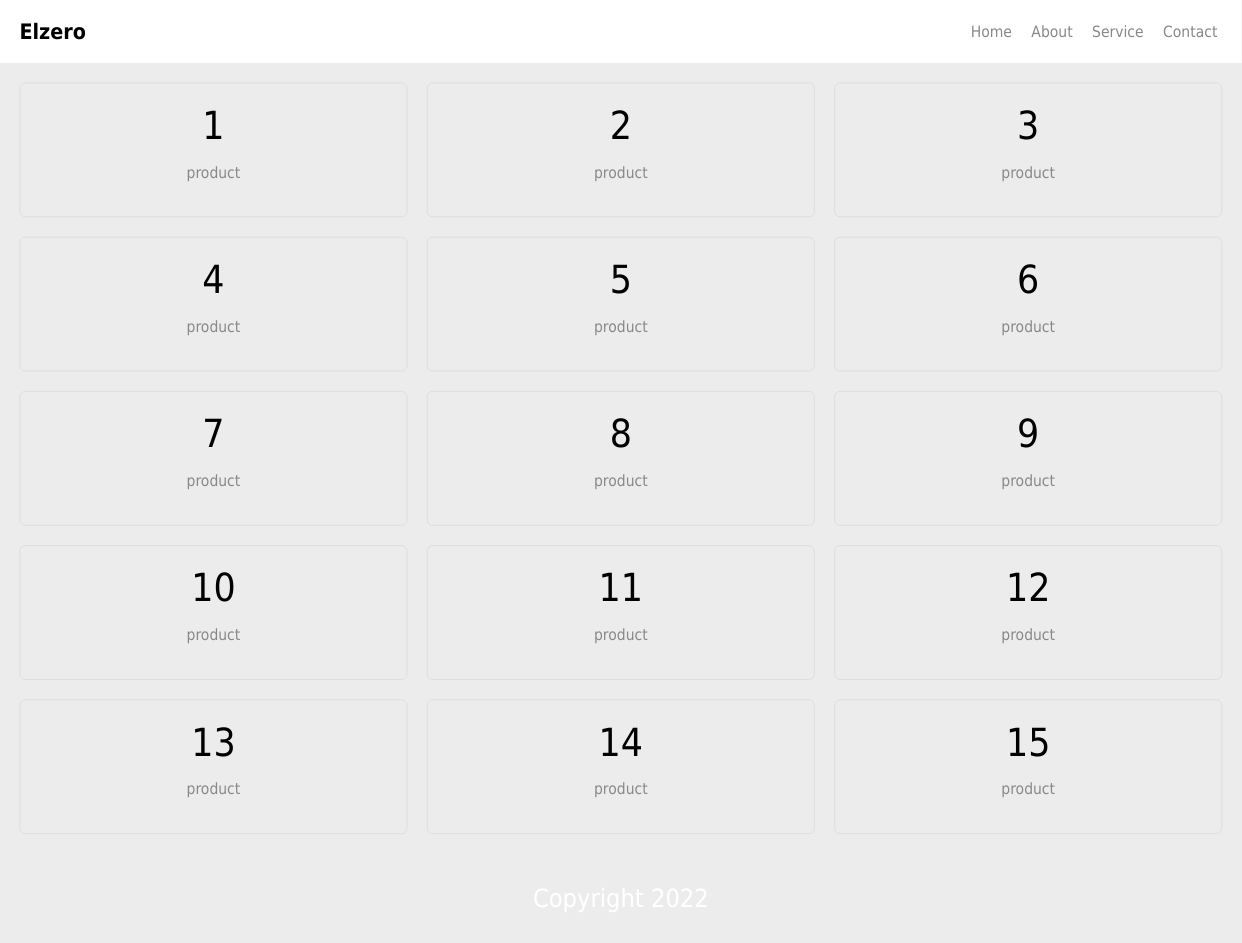
Repository: OmniaRafat232111121/challangeDom
Page: index.html
An editor plug-in stored every save of this project. The page is shown before and after the next save, followed by the edit.
The browser window is 1280 px wide. The pictures show the whole page, at 97% of full size.

Above is the page before, as saved 2022-10-26 11:36:44.

After the next save:
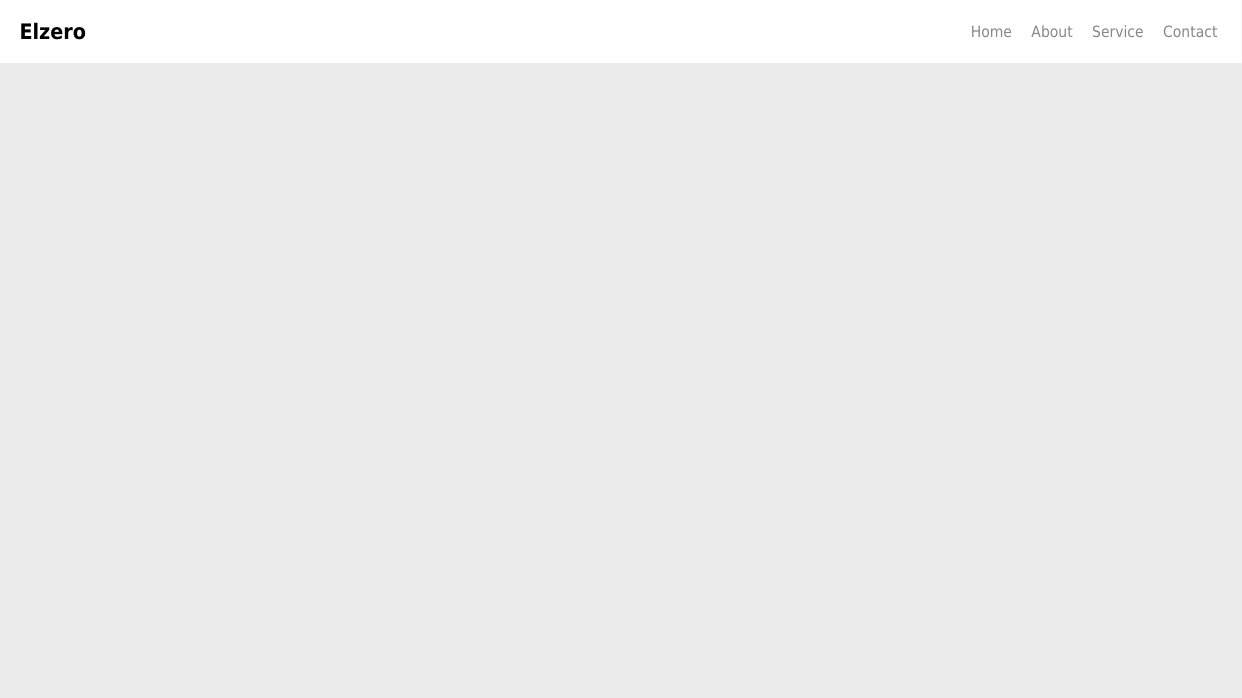
Console error: ReferenceError: contentDiv is not defined
Saved 51 s later.
--- a/main.js
+++ b/main.js
@@ -43,25 +43,6 @@ header.appendChild(ul)
 
 // Content Div Lien 46 To 64
 
-let contentDiv = document.createElement("div")
-contentDiv.style.cssText = "background-color: # ececec; display: flex; padding: 20px; flex-wrap: wrap; justify-content: center; gap: 20px; min-height: calc(100vh - 142px); box-sizing: border-box;"
-for (let i = 1; i <= 15; i++) {
-    let productDiv = document.createElement("div")
-    productDiv.style.cssText = "padding: 20px; background-color: # ffffff; border: 1px solid rgb(221, 221, 221); width: calc((100% - 40px) / 3); box-sizing: border-box; text-align: center; color: rgb(136, 136, 136); border-radius: 6px;"
-
-    let tempSpan = document.createElement("span")
-    tempSpan.style.cssText = "font-size: 40px; color: black; font-weight: normal; display; block; margin-bottom: 10px; margin-top: 10px"
-    let tempText2 = document.createTextNode(`${i}`)
-    tempSpan.appendChild(tempText2)
-
-    let tempP2 = document.createElement("p")
-    let tempText1 = document.createTextNode(`product`)
-    tempP2.appendChild(tempText1)
-
-    productDiv.appendChild(tempSpan)
-    productDiv.appendChild(tempP2)
-    contentDiv.appendChild(productDiv)
-}
 
 // Footer Line 68 To 73
 
